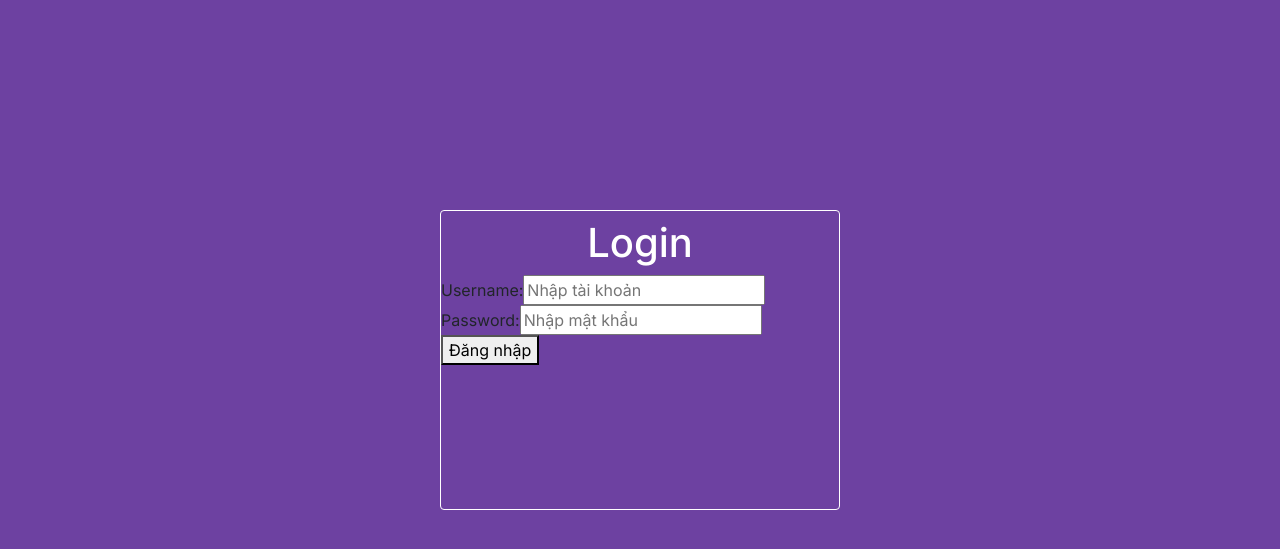
Repository: nghiakma/RFID-RFID-Attendance-System-using-ESP32-Nodejs-Reactjs-Nextjs-
Page: / (app in attendance/)
An editor plug-in stored every save of this project. The page is shown before and after the next save, followed by the edit.
The browser window is 1280 px wide. The pictures show the whole page.
The page's requests for data from a server got no answer. The project was rebuilt for these pictures with package versions that can differ from the ones it lists, and the page was loaded fresh each time. The framework's server and built-in components were replaced by stand-ins that run in the browser. No one was signed in, and anything a server would have sent is missing. Also part of the build but not shown: attendance/next.config.js, attendance/src/styles/home-page.module.css, attendance/src/styles/tab-home.module.css, attendance/src/pages/api/convert-time.js, attendance/src/pages/api/networking.js, attendance/src/pages/tab-home.js, attendance/src/styles/tab-history.module.css, attendance/src/pages/tab-history.js and 6 more.

Above is the page before, as saved 2023-12-21 14:54:25.

### attendance/src/pages/index.js
import {useEffect, useState} from 'react';
import { Inter } from 'next/font/google';
import 'bootstrap/dist/css/bootstrap.min.css';
import HomePage from './home-page.js';
import Login from './login-page.js'
import { BrowserRouter as Router,Routes, Route } from 'react-router-dom'
const inter = Inter({ subsets: ['latin'] })

export default function Home() {
  const [loginSuccess, setLoginSucsess] = useState(false);
  const handleLogin = (isSuccess) => {
    setLoginSucsess(isSuccess);
  }
  useEffect(() => {
    import('bootstrap/dist/js/bootstrap.min.js');
  }, []);
  return (
    <main className={inter.className}>
      {/* <Router>
        <Routes>
          <Route path='/home' element={<HomePage />}/>
          <Route path='/login' element={<Login />}/>
        </Routes>
      </Router> */}
      {
        loginSuccess ? <HomePage/> : <Login/>
      }
    </main>
  )
}

### attendance/src/pages/login-page.js
import React from "react";
import styles from '../styles/login-page.module.css'
import { FontAwesomeIcon } from '@fortawesome/react-fontawesome'
const Login = () => {

    return (
        <div
            style={{
                backgroundColor: '#6d41a1', height: '100vh'
            }}
        >
            <div style={{
                width: '100%', height: '100%',
                display: 'flex', alignItems: 'center', justifyContent: 'center'
            }}>
                <div style={{
                    width: '400px', height: '300px', border: '1px solid white',
                    padđing: '8px 14px', borderRadius: '4px', boxSizing: 'border-box'
                }}>
                    <h1
                        style={{
                            textAlign: 'center', margin: '8px 0', color: 'white'
                        }}
                    >Login</h1>
                    <div className="login-handle">
                        <div className="login-form">
                            <label>Username: </label>
                            <input type="email" className="form-input" placeholder="Nhập tài khoản"/>
                        </div>
                        <div className="login-form">
                            <label>Password: </label>
                            <input type="password" className="form-input" placeholder="Nhập mật khẩu"/>
                        </div>
                        <div className="login-button">
                            <button className="login-btn">Đăng nhập</button>
                        </div>
                    </div>
                </div>
            </div>
        </div>
    )
}

export default Login

After the next save:
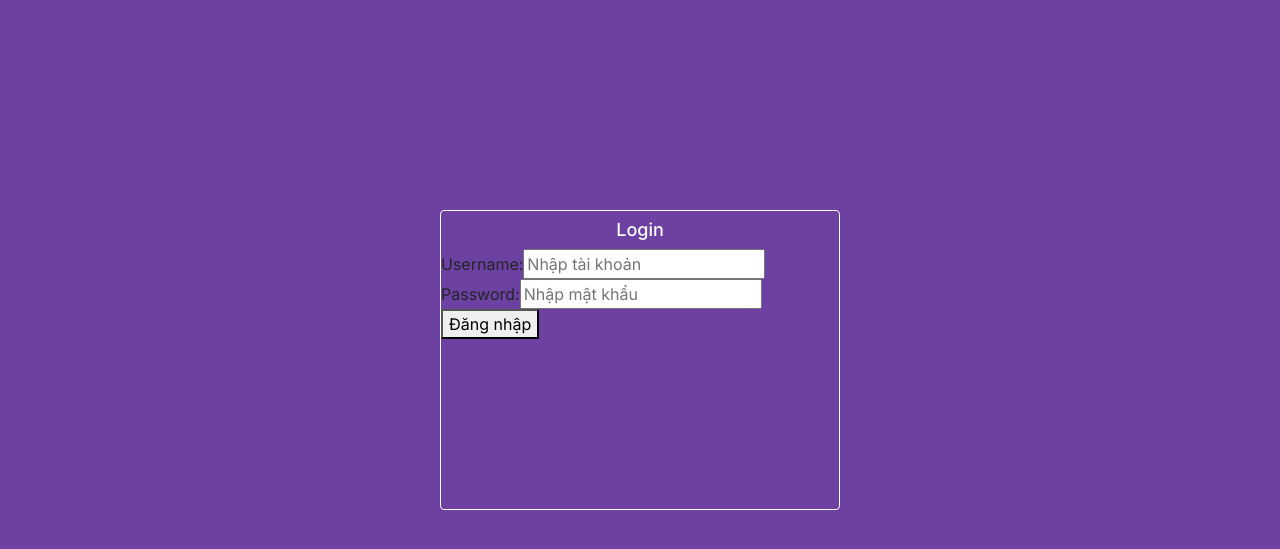
Saved 58 s later.
--- a/attendance/src/pages/login-page.js
+++ b/attendance/src/pages/login-page.js
@@ -19,7 +19,8 @@
                 }}>
                     <h1
                         style={{
-                            textAlign: 'center', margin: '8px 0', color: 'white'
+                            textAlign: 'center', margin: '8px 0', color: 'white',
+                            fontSize: '18px'
                         }}
                     >Login</h1>
                     <div className="login-handle">

After the save that followed:
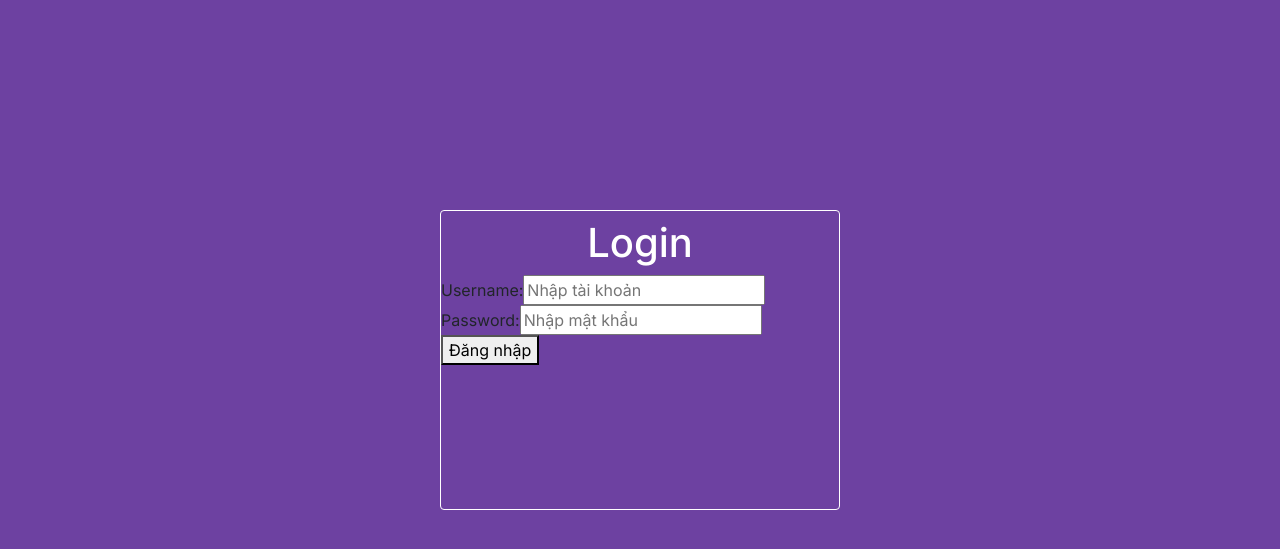
Saved 12 s later.
--- a/attendance/src/pages/login-page.js
+++ b/attendance/src/pages/login-page.js
@@ -19,8 +19,7 @@
                 }}>
                     <h1
                         style={{
-                            textAlign: 'center', margin: '8px 0', color: 'white',
-                            fontSize: '18px'
+                            textAlign: 'center', margin: '8px 0', color: 'white'
                         }}
                     >Login</h1>
                     <div className="login-handle">
